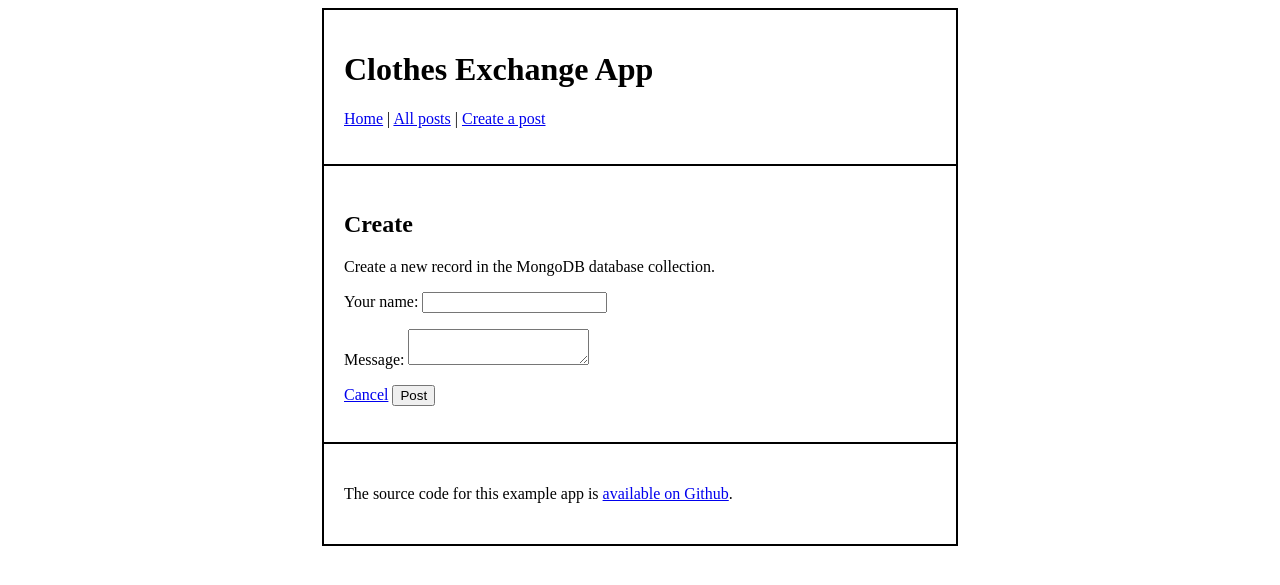
Repository: dbdesign-students-spring2024/7-web-app-dianachen1013
Page: http://localhost/create
An editor plug-in stored every save of this project. The page is shown before and after the next save, followed by the edit.
The browser window is 1280 px wide. The pictures show the whole page.
The page is served by the project's application, run on Flask 3 (app.py).

Above is the page before, as saved 2024-04-15 15:28:21.

### templates/create.html
{% extends 'base.html' %} {% block container %}
<h2>Create</h2>
<p>Create a new record in the MongoDB database collection.</p>
<form method="POST" action="{{ url_for('create_post') }}">
  <p>Your name: <input type="text" id="fname" name="fname" /><br /></p>
  <p>
    Message:
    <textarea type="text" id="fmessage" name="fmessage"></textarea>
  </p>
  <p>
    <a href="{{ url_for('read')}}">Cancel</a>
    <input type="submit" name="post-btn" value="Post" />
  </p>
</form>
{% endblock %}

### templates/base.html
<!DOCTYPE html>
<html>
  <head>
    <title>Clothes Exchange App</title>
    <link
      rel="stylesheet"
      href="{{ url_for('static', filename='css/style.css') }}"
    />
  </head>
  <body>
    <div class="container">
      <header>
        <h1>Clothes Exchange App</h1>
        <p>
          <a href="{{ url_for('home')}}">Home</a> |
          <a href="{{ url_for('read')}}">All posts</a> |
          <a href="{{ url_for('create')}}">Create a post</a>
        </p>
      </header>
      <main>{% block container %} {% endblock %}</main>
      <footer>
        <p>
          The source code for this example app is
          <a href="https://github.com/nyu-database-design/flask-mongodb-web-app"
            >available on Github</a
          >.
        </p>
      </footer>
    </div>
  </body>
</html>

### app.py
#!/usr/bin/env python3

import os
import sys
import subprocess
import datetime

from flask import Flask, render_template, request, redirect, url_for, make_response

# import logging
import sentry_sdk
from sentry_sdk.integrations.flask import (
    FlaskIntegration,
)  # delete this if not using sentry.io

# from markupsafe import escape
import pymongo
from pymongo.errors import ConnectionFailure
from bson.objectid import ObjectId
from dotenv import load_dotenv

# load credentials and configuration options from .env file
# if you do not yet have a file named .env, make one based on the template in env.example
load_dotenv(override=True)  # take environment variables from .env.

# initialize Sentry for help debugging... this requires an account on sentrio.io
# you will need to set the SENTRY_DSN environment variable to the value provided by Sentry
# delete this if not using sentry.io
sentry_sdk.init(
    dsn=os.getenv("SENTRY_DSN"),
    # enable_tracing=True,
    # Set traces_sample_rate to 1.0 to capture 100% of transactions for performance monitoring.
    traces_sample_rate=1.0,
    # Set profiles_sample_rate to 1.0 to profile 100% of sampled transactions.
    # We recommend adjusting this value in production.

    integrations=[FlaskIntegration()],
    send_default_pii=True,
)

# instantiate the app using sentry for debugging
app = Flask(__name__)
# # turn on debugging if in development mode
# app.debug = True if os.getenv("FLASK_ENV", "development") == "development" else False


# try to connect to the database, and quit if it doesn't work
try:
    cxn = pymongo.MongoClient(os.getenv("MONGO_URI"))
    db = cxn[os.getenv("MONGO_DBNAME")]  # store a reference to the selected database

    # verify the connection works by pinging the database
    cxn.admin.command("ping")  # The ping command is cheap and does not require auth.
    print(" * Connected to MongoDB!")  # if we get here, the connection worked!
except ConnectionFailure as e:
    # catch any database errors
    # the ping command failed, so the connection is not available.
    print(" * MongoDB connection error:", e)  # debug
    sentry_sdk.capture_exception(e)  # send the error to sentry.io. delete if not using
    sys.exit(1)  # this is a catastrophic error, so no reason to continue to live


# set up the routes
@app.route("/")
def home():
    """
    Route for the home page.
    Simply returns to the browser the content of the index.html file located in the templates folder.
    """
    return render_template("index.html")


@app.route("/read")
def read():
    """
    Route for GET requests to the read page.
    Displays some information for the user with links to other pages.
    """
    docs = db.exampleapp.find({}).sort(
        "created_at", -1
    )  # sort in descending order of created_at timestamp
    return render_template("read.html", docs=docs)  # render the read template


@app.route("/create")
def create():
    """
    Route for GET requests to the create page.
    Displays a form users can fill out to create a new document.
    """
    return render_template("create.html")  # render the create template


@app.route("/create", methods=["POST"])
def create_post():
    """
    Route for POST requests to the create page.
    Accepts the form submission data for a new document and saves the document to the database.
    """
    name = request.form["fname"]
    Type_of_Clothes = request.form["type"]
    Brand = request.form["brand"]
    Size = request.form["size"]
    Condition = request.form["condition"]
    Image_URL = request.form["image_url"]
    message = request.form["fmessage"]



    # create a new document with the data the user entered
    doc = {"name": name, "Type_of_Clothes": Type_of_Clothes, "Brand": Brand, "Size": Size, "Condition": Condition, "Image_URL": Image_URL, "message": message, "created_at": datetime.datetime.utcnow()}
    db.exampleapp.insert_one(doc)  # insert a new document

    return redirect(
        url_for("read")
    )  # tell the browser to make a request for the /read route


@app.route("/edit/<mongoid>")
def edit(mongoid):
    """
    Route for GET requests to the edit page.
    Displays a form users can fill out to edit an existing record.

    Parameters:
    mongoid (str): The MongoDB ObjectId of the record to be edited.
    """
    doc = db.exampleapp.find_one({"_id": ObjectId(mongoid)})
    return render_template(
        "edit.html", mongoid=mongoid, doc=doc
    )  # render the edit template


@app.route("/edit/<mongoid>", methods=["POST"])
def edit_post(mongoid):
    """
    Route for POST requests to the edit page.
    Accepts the form submission data for the specified document and updates the document in the database.

    Parameters:
    mongoid (str): The MongoDB ObjectId of the record to be edited.
    """
    name = request.form["fname"]
    Type_of_Clothes = request.form["type"]
    Brand = request.form["brand"]
    Size = request.form["size"]
    Condition = request.form["condition"]
    Image_URL = request.form["image_url"]
    message = request.form["fmessage"]

    doc = {
        # "_id": ObjectId(mongoid),
        "name": name,
        "Type_of_CLothes": Type_of_Clothes,
        "Brand": Brand,
        "Size": Size,
        "Condition": Condition,
        "Image_URL": Image_URL,
        "message": message,
        "created_at": datetime.datetime.utcnow(),
    }

    db.exampleapp.update_one(
        {"_id": ObjectId(mongoid)}, {"$set": doc}  # match criteria
    )

    return redirect(
        url_for("read")
    )  # tell the browser to make a request for the /read route


@app.route("/delete/<mongoid>")
def delete(mongoid):
    """
    Route for GET requests to the delete page.
    Deletes the specified record from the database, and then redirects the browser to the read page.

    Parameters:
    mongoid (str): The MongoDB ObjectId of the record to be deleted.
    """
    db.exampleapp.delete_one({"_id": ObjectId(mongoid)})
    return redirect(
        url_for("read")
    )  # tell the web browser to make a request for the /read route.


@app.route("/webhook", methods=["POST"])
def webhook():
    """
    GitHub can be configured such that each time a push is made to a repository, GitHub will make a request to a particular web URL... this is called a webhook.
    This function is set up such that if the /webhook route is requested, Python will execute a git pull command from the command line to update this app's codebase.
    You will need to configure your own repository to have a webhook that requests this route in GitHub's settings.
    Note that this webhook does do any verification that the request is coming from GitHub... this should be added in a production environment.
    """
    # run a git pull command
    process = subprocess.Popen(["git", "pull"], stdout=subprocess.PIPE)
    pull_output = process.communicate()[0]
    # pull_output = str(pull_output).strip() # remove whitespace
    process = subprocess.Popen(["chmod", "a+x", "flask.cgi"], stdout=subprocess.PIPE)
    chmod_output = process.communicate()[0]
    # send a success response
    response = make_response(f"output: {pull_output}", 200)
    response.mimetype = "text/plain"
    return response


@app.errorhandler(Exception)
def handle_error(e):
    """
    Output any errors - good for debugging.
    """
    return render_template("error.html", error=e)  # render the edit template


# run the app
if __name__ == "__main__":
    # logging.basicConfig(filename="./flask_error.log", level=logging.DEBUG)
    app.run(load_dotenv=True)

### static/css/style.css
.container {
  border: 2px solid;
  width: 50%;
  margin: 0 auto;
}

header,
footer,
main {
  padding: 20px;
}

header,
main {
  border-bottom: 2px solid;
  margin-bottom: 5px;
}

p.post {
  font-size: 12px;
}

footer {
  margin-bottom: 5px;
}

### templates/error.html
{% extends 'base.html' %} {% block container %}
<h2>Uh oh!</h2>
<p>
  Unfortunately, it seems that we have encountered an error... and here it is:
</p>
<code> {{error}} </code>
{% endblock %}

After the next save:
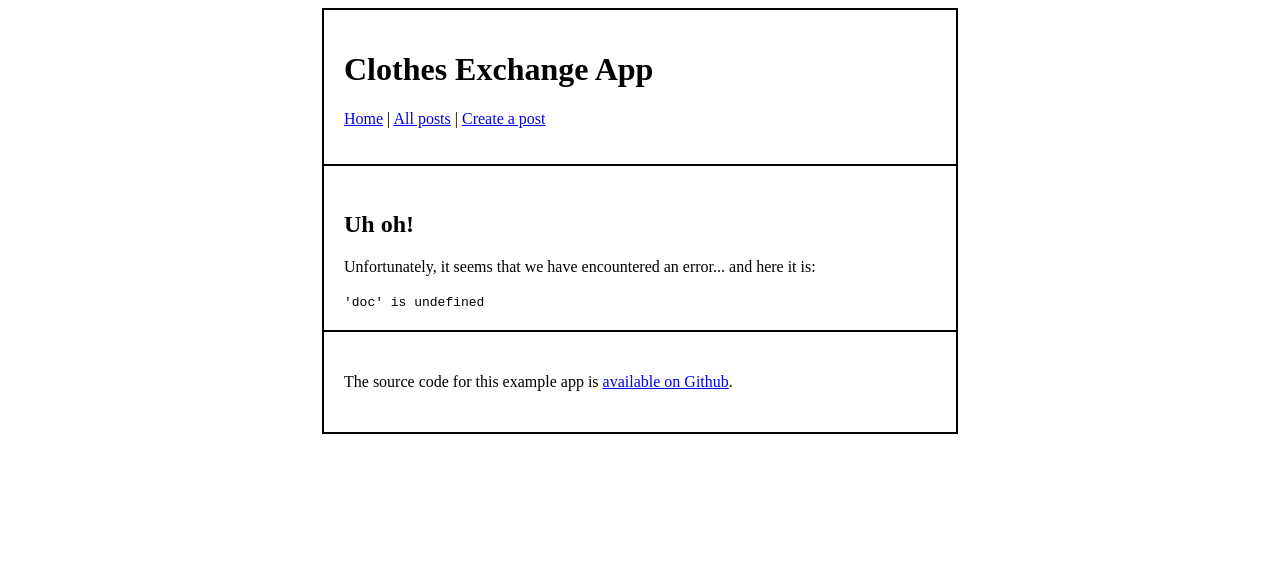
Saved 19 s later.
--- a/templates/create.html
+++ b/templates/create.html
@@ -1,12 +1,21 @@
 {% extends 'base.html' %} {% block container %}
 <h2>Create</h2>
-<p>Create a new record in the MongoDB database collection.</p>
+<p>Post your clothes here for exchange.</p>
 <form method="POST" action="{{ url_for('create_post') }}">
-  <p>Your name: <input type="text" id="fname" name="fname" /><br /></p>
+  <p>
+    Your name:
+    <input type="text" id="fname" name="fname" value="{{doc.name}}" /><br />
+  </p>
+  <p>Type_of_Clothes: <input type="text" id="type" name="type" required /></p>
+  <p>Brand: <input type="text" id="brand" name="brand" required /></p>
+  <p>Size: <input type="text" id="size" name="size" required /></p>
+  <p>Condition: <input type="text" id="condition" name="condition" required /></p>
+  <p>Image_URL: <input type="text" id="image_url" name="image_url" required /></p>
   <p>
     Message:
     <textarea type="text" id="fmessage" name="fmessage"></textarea>
   </p>
+
   <p>
     <a href="{{ url_for('read')}}">Cancel</a>
     <input type="submit" name="post-btn" value="Post" />
